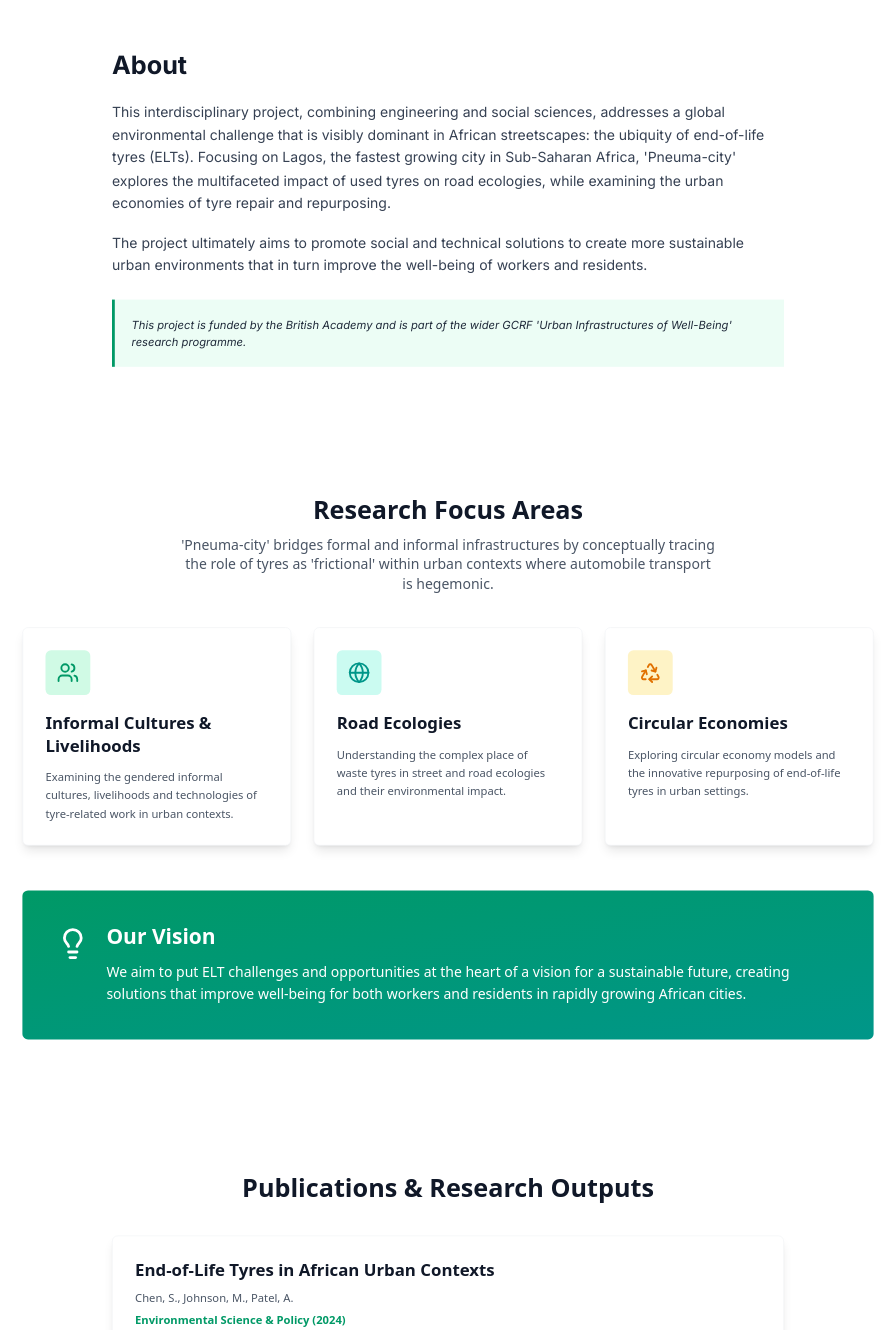
Repository: tiossdav/codesria
Page: /
These files come from the project's save history. The page is drawn as it stood at one moment and after the next save; the edit follows.
The browser window is 1280 px wide. The pictures show the part of the page from y = 800 to 2700 px (the page is 5251 px tall), at 70% of full size.
The project was rebuilt for these pictures with package versions that can differ from the ones it lists, and the page was loaded fresh each time. Also part of the build but not shown: vite.config.ts.

Above is the page before, as saved 2025-11-19 16:54:57.

After the next save:
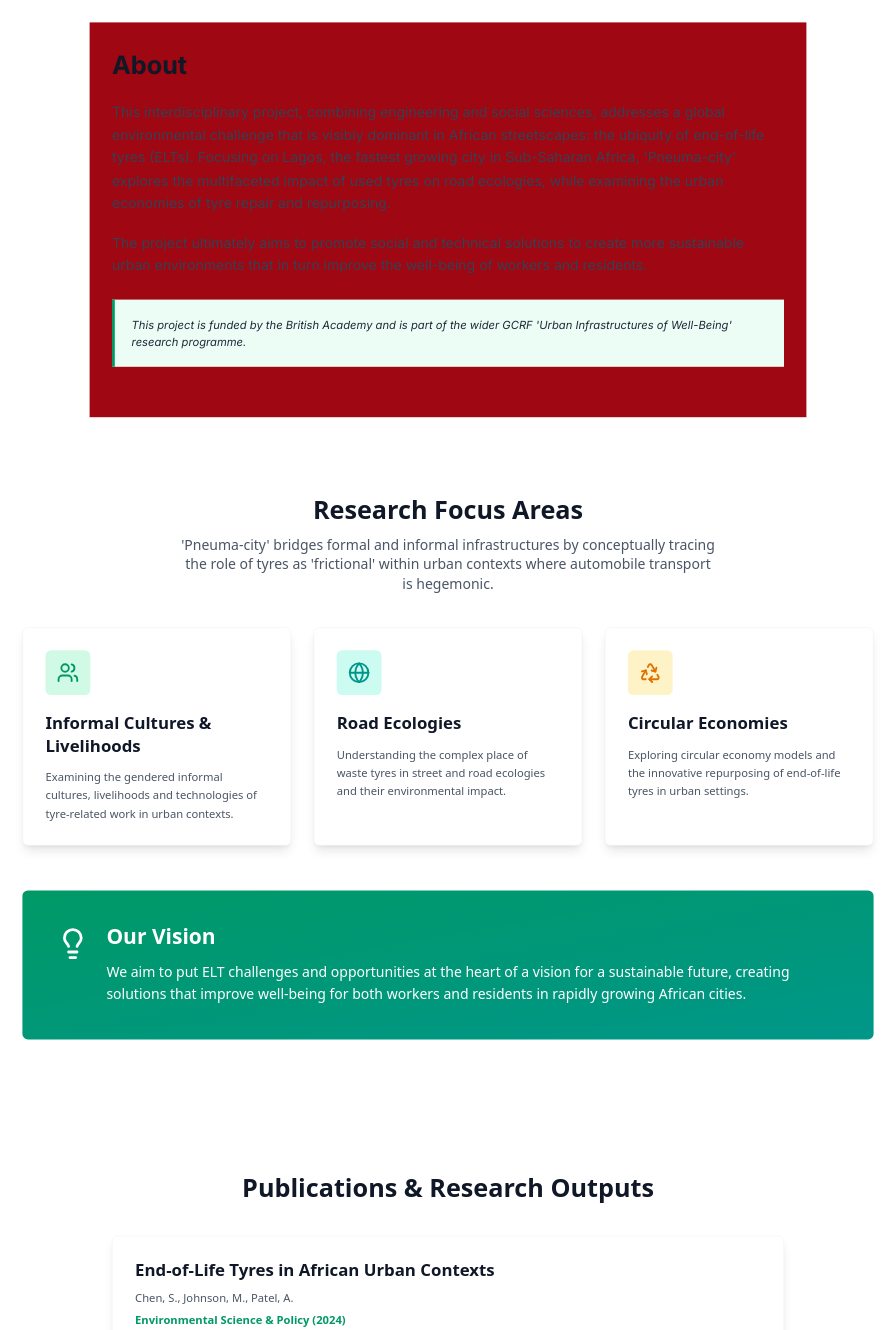
Saved 17 s later.
--- a/src/pages/About.tsx
+++ b/src/pages/About.tsx
@@ -1,6 +1,6 @@
 function About() {
   return (
-    <div className="max-w-5xl mx-auto mt-8 px-4 sm:px-6 lg:px-8 py-10 font-inter">
+    <div className="max-w-5xl mx-auto mt-8 px-4 sm:px-6 lg:px-8 py-10 bg-red-800 font-inter">
       <h2 className="text-4xl font-bold text-gray-900 mb-8">About</h2>
       <div className="prose prose-lg max-w-none">
         <p className="text-xl text-gray-700 leading-relaxed mb-6">

After the save that followed:
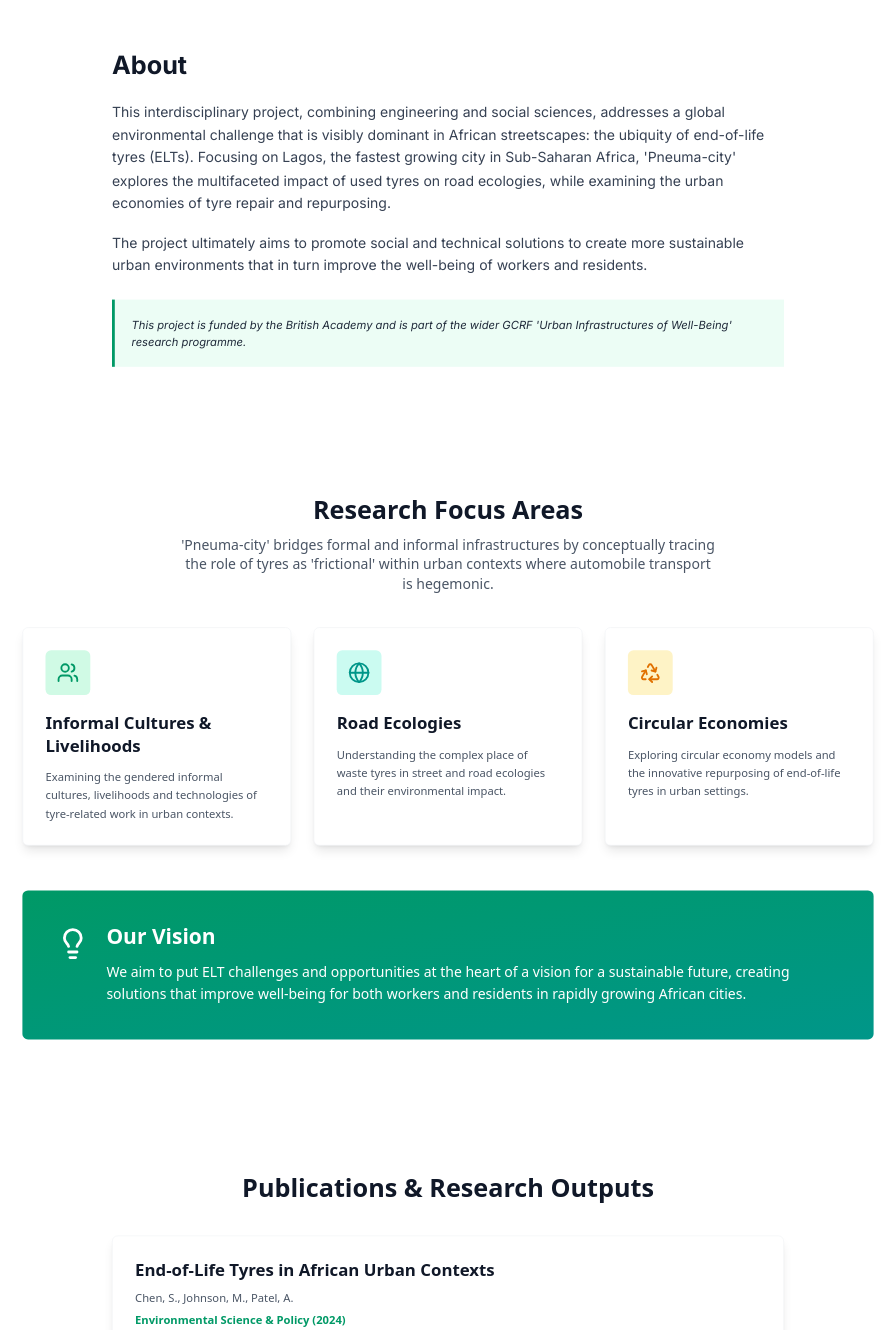
Saved 14 s later.
--- a/src/pages/About.tsx
+++ b/src/pages/About.tsx
@@ -1,6 +1,6 @@
 function About() {
   return (
-    <div className="max-w-5xl mx-auto mt-8 px-4 sm:px-6 lg:px-8 py-10 bg-red-800 font-inter">
+    <div className="max-w-5xl mx-auto mt-8 px-4 sm:px-6 lg:px-8 py-10 font-inter">
       <h2 className="text-4xl font-bold text-gray-900 mb-8">About</h2>
       <div className="prose prose-lg max-w-none">
         <p className="text-xl text-gray-700 leading-relaxed mb-6">
